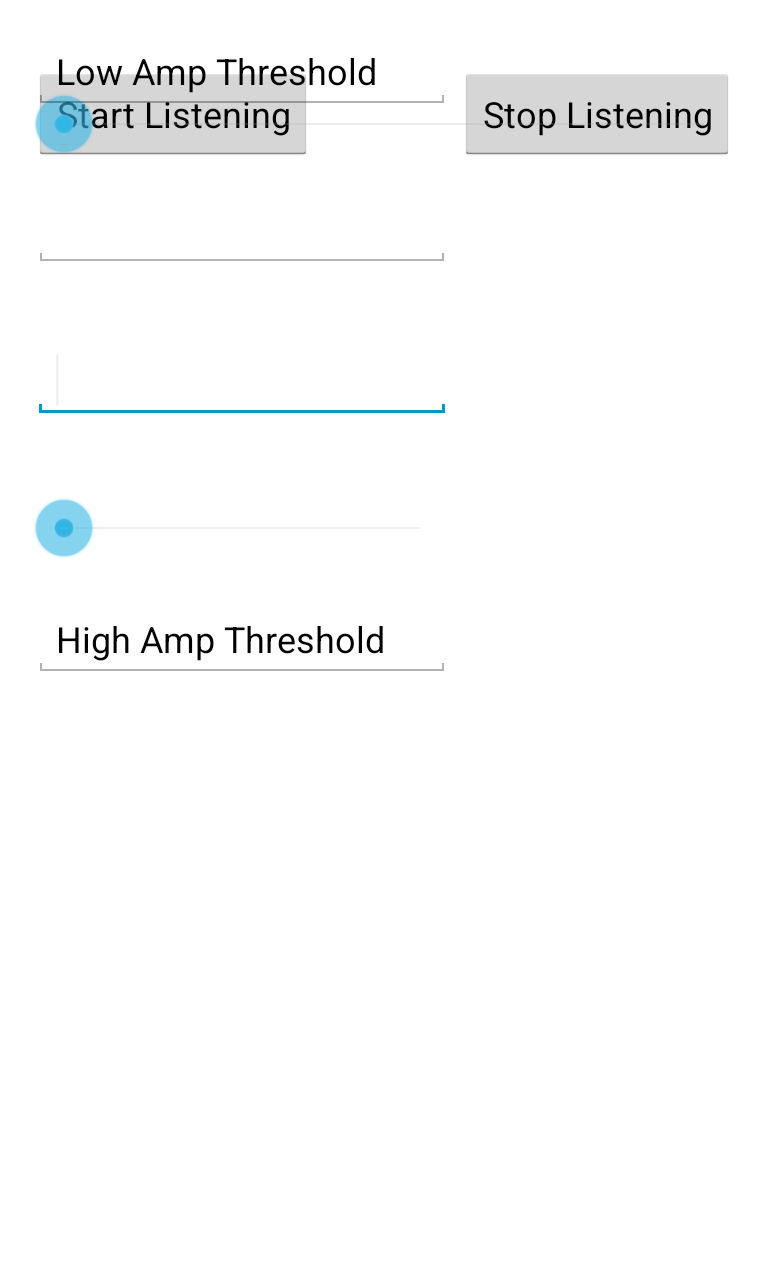
Repository: kmcgain/AutoVolume
Layout: AutoVolume/res/layout/activity_main.xml
These files come from the project's save history. The layout is drawn as it stood at one moment and after the next save; the edit follows.
It is drawn on a 768 x 1280 px phone screen (xhdpi) without system bars, with theme AppTheme; the app's code is not run.

Above is the layout before, as saved 2014-01-13 10:37:45.

After the next save:
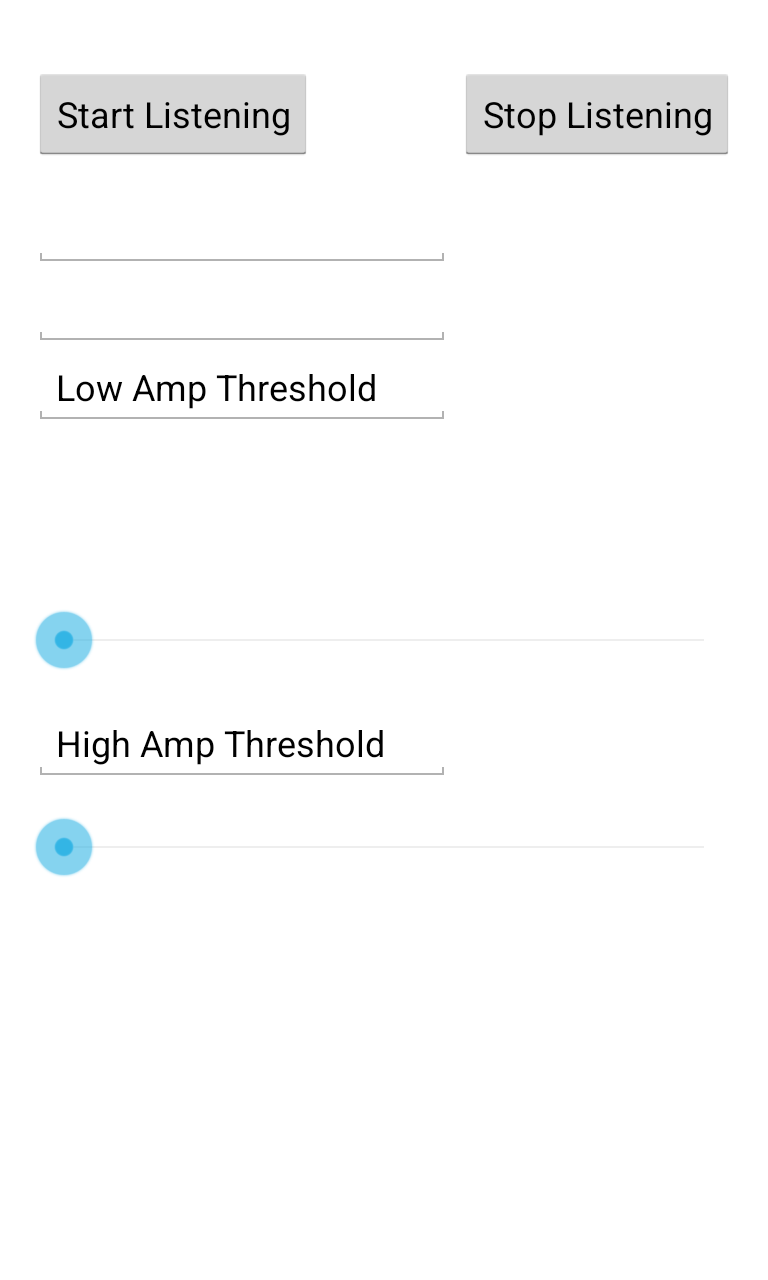
Saved 106 s later.
--- a/AutoVolume/res/layout/activity_main.xml
+++ b/AutoVolume/res/layout/activity_main.xml
@@ -35,31 +35,37 @@
         android:ems="10" />
 
     <EditText
+        android:id="@+id/EditText01"
+        android:layout_width="wrap_content"
+        android:layout_height="wrap_content"
+        android:layout_alignLeft="@+id/statusEditText"
+        android:layout_below="@+id/statusEditText"
+        android:ems="10"
+        android:text="Low Amp Threshold" />
+
+    <EditText
         android:id="@+id/statusEditText"
         android:layout_width="wrap_content"
         android:layout_height="wrap_content"
         android:layout_alignLeft="@+id/ampDisplay"
         android:layout_below="@+id/ampDisplay"
-        android:layout_marginTop="36dp"
-        android:ems="10" >
-
-        <requestFocus />
-    </EditText>
+        android:ems="10" />
 
     <SeekBar
         android:id="@+id/seekBarHighThreshold"
         android:layout_width="match_parent"
         android:layout_height="wrap_content"
-        android:layout_alignRight="@+id/statusEditText"
-        android:layout_below="@+id/statusEditText"
-        android:layout_marginTop="38dp" />
+        android:layout_alignLeft="@+id/editText1"
+        android:layout_below="@+id/editText1"
+        android:layout_marginTop="16dp" />
 
     <EditText
         android:id="@+id/editText1"
         android:layout_width="wrap_content"
         android:layout_height="wrap_content"
-        android:layout_alignLeft="@+id/seekBar1"
-        android:layout_centerVertical="true"
+        android:layout_alignLeft="@+id/EditText01"
+        android:layout_below="@+id/seekBarLowThreshold"
+        android:layout_marginTop="16dp"
         android:ems="10"
         android:text="High Amp Threshold" />
 
@@ -68,16 +74,6 @@
         android:layout_width="match_parent"
         android:layout_height="wrap_content"
         android:layout_alignLeft="@+id/EditText01"
-        android:layout_below="@+id/seekBar1"
-        android:layout_marginTop="30dp" />
-
-    <EditText
-        android:id="@+id/EditText01"
-        android:layout_width="wrap_content"
-        android:layout_height="wrap_content"
-        android:layout_alignLeft="@+id/seekBar1"
-        android:layout_below="@+id/seekBar1"
-        android:ems="10"
-        android:text="Low Amp Threshold" />
+        android:layout_centerVertical="true" />
 
 </RelativeLayout>
